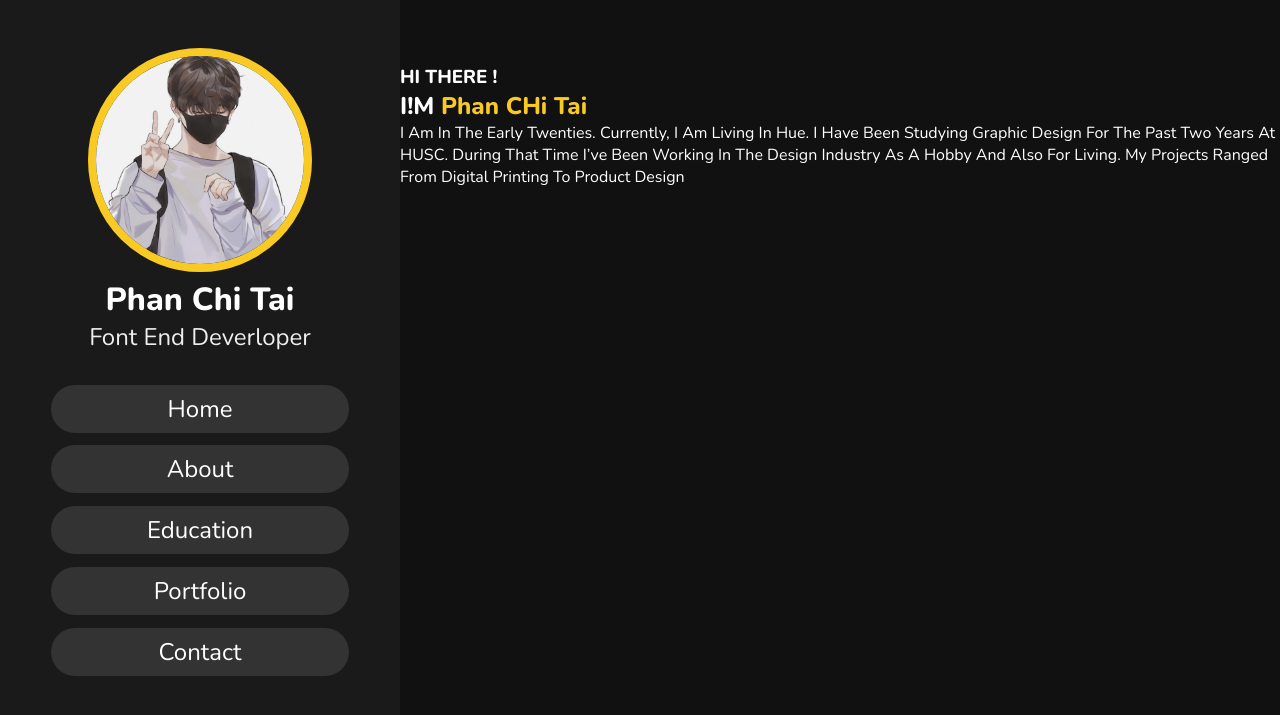
Repository: PCTai/My-profile
Page: index.html
These files come from the project's save history. The page is drawn as it stood at one moment and after the next save; the edit follows.
The browser window is 1280 px wide. The pictures show the whole page.

Above is the page before, as saved 2021-11-25 20:02:34.

### index.html
<!DOCTYPE html>
<html lang="en">
<head>
    <meta charset="UTF-8">
    <meta http-equiv="X-UA-Compatible" content="IE=edge">
    <meta name="viewport" content="width=device-width, initial-scale=1.0">
    <link rel="preconnect" href="https://fonts.googleapis.com">
    <link rel="preconnect" href="https://fonts.gstatic.com" crossorigin>
    <link href="https://fonts.googleapis.com/css2?family=Nunito:ital,wght@0,400;0,600;0,800;1,200;1,300&display=swap" rel="stylesheet">
    <link rel="stylesheet" href="/assets/font/fontawesome-free-5.15.3-web/css/all.css">

    <link rel="stylesheet" href="/assets/css/style.css">
    <link rel="stylesheet" href="/assets/css/reponsive.css">
    <title>Document</title>
</head>
<body>
    <!-- Header start -->
    <header>
        <div class="user">
            <img src="/assets/imgs/user.jpg" alt="">
            <h3 class="name">Phan Chi Tai</h3>
            <div class="post">Font End Deverloper</div>
        </div>
        <div class="navbar">
            <ul>
                <li><a href="#home">home</a></li>
                <li><a href="#about">About</a></li>
                <li><a href="#education">Education</a></li>
                <li><a href="#portfolio">Portfolio</a></li>
                <li><a href="#contact">Contact</a></li>
            </ul>
        </div>
    </header>
    <!-- Header end -->
    <div id="menu"class="fas fa-bars">
    </div>
    <!-- start home -->
    <section>
        <div id="home" class="home">
            <h3>HI THERE !</h3>
            <h1>I!M <span>Phan CHi Tai</span></h1>
            <p>I am in the early twenties. Currently, I am living in Hue. I have been studying graphic design for the past two years at  HUSC. During that time I’ve been working in the design industry as a hobby and also for living. My projects ranged from digital printing to product design</p>
        </div>
    </section>
    <!-- end home -->
    <!-- start education -->
    <script src="/app.js"></script>
</body>
</html>

### assets/css/style.css
:root{
    --yellow: #f9ca24;
}
*{
    font-family: 'Nunito', sans-serif;
    margin: 0;padding: 0;
    box-sizing: border-box;
    text-decoration: none;
    outline: none;border: none;
    text-transform: capitalize;
    transition: all .2s linear;
}
html{
    font-size: 62,5%;
    overflow: hidden;
}
::selection{
    background-color: var(--yellow);
    color: #333;

}
html::-webkit-scrollbar{
    width: 1.4rem;
}
html::-webkit-scrollbar-track{
    background: #222;
}
html::-webkit-scrollbar-thumb{
    background: var(--yellow);
}
body{
    background: #111;
}
header{
    position: fixed;
    top: 0;
    left: 0;
    z-index: 1000;
    height: 100%;
    display: flex;
    flex-direction: column;
    justify-content: center;
    align-items: center;
    width: 25rem;
    background-color: #1a1a1a;
}

.user img{
    margin-top: 2rem;
    height: 14rem;
    width: 14rem;
    border-radius: 50%;
    object-fit: cover;
    border: 0.5rem solid var(--yellow);

}
header .user .name{
    text-align: center;
    font-size: 2rem;
    color: #fff;
}
header .user .post{
    text-align: center;
    font-size: 1.5rem;
    color: #eee;
}
header .navbar ul{
    margin-top: 1rem;
    list-style: none;
    padding: 1rem 3rem;
}
header .navbar ul li a:hover{
    background-color: var(--yellow);
}
header .navbar ul li a{
    display: block;
    padding: 0.5rem 6rem;
   margin-bottom: 0.8rem;
   background-color: #333;
   color: #fff;
   font-size: 1.5rem;
   border-radius: 5rem;
   text-align: center;
   cursor: pointer;
}
#menu:hover{
    color: var(--yellow);
}


#menu{
    position: fixed;
    z-index: 1000;
    top: 1rem;
    right: 1rem;
    color: #fff;
    padding: 1rem;
    background-color: #222;
    font-size: 2rem;
    cursor: pointer;
}

section{
    margin-left: 25rem;
    color: #fff;
    padding: 4rem 0;
}
section .home span{
    color: var(--yellow);
    justify-content: center;
    text-align: center;

}

### assets/css/reponsive.css

@media (min-width:1024px){
    #menu{
        display: none;
    }
}
@media (max-width:1024px){
    header{
        left: -125%;
    }

}
@media (max-width:486px){
    header{
        width: 100vw;
    }

}

### app.js

var menu=document.getElementById('menu');
var header=document.querySelector('header');
menu.onclick=function(e){
    if(this.className=='fas fa-bars'){
        this.classList.remove('fa-bars');
        this.classList.add('fa-times');
        header.style='left:0%';
    }
    else{
        this.classList.remove('fa-times');
        this.classList.add('fa-bars');
        header.style='left:-125%';
    }
};

Loaded but not shown: assets/font/fontawesome-free-5.15.3-web/css/all.css (library)

After the next save:
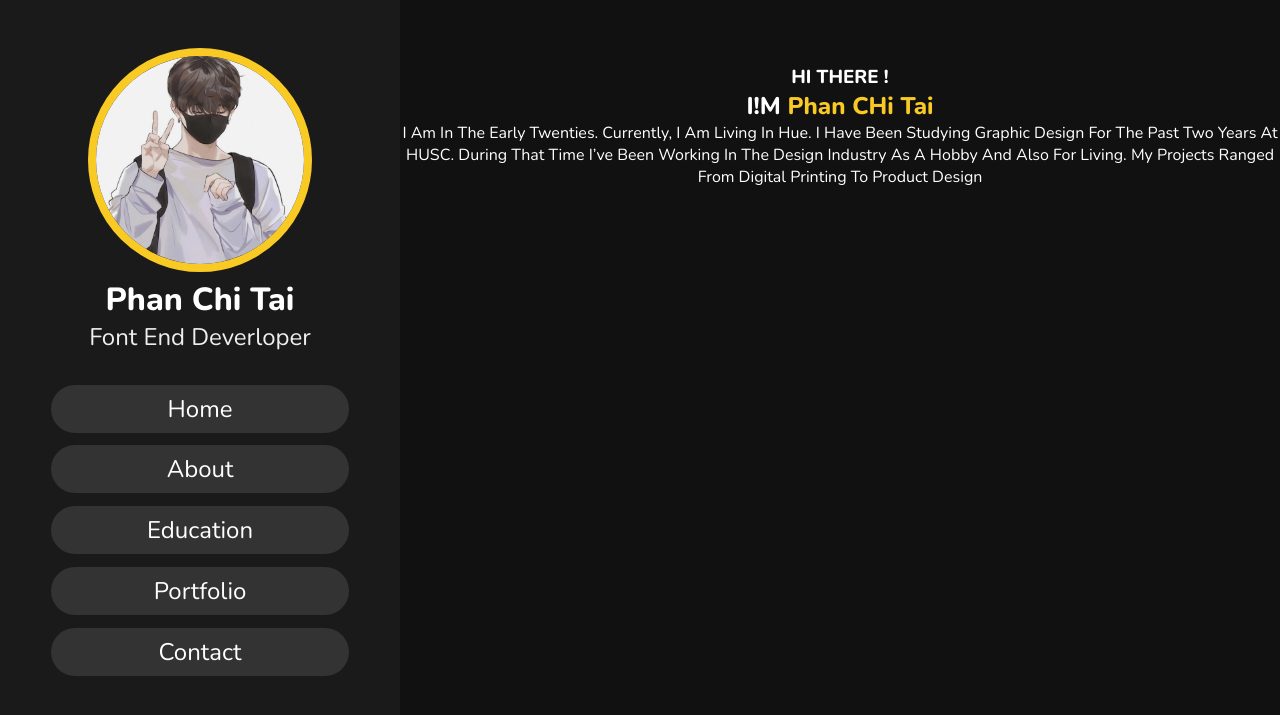
Saved 17 s later.
--- a/assets/css/style.css
+++ b/assets/css/style.css
@@ -104,10 +104,11 @@
     margin-left: 25rem;
     color: #fff;
     padding: 4rem 0;
+    justify-content: center;
+    text-align: center;
 }
 section .home span{
     color: var(--yellow);
-    justify-content: center;
-    text-align: center;
+
 
 }

After the save that followed:
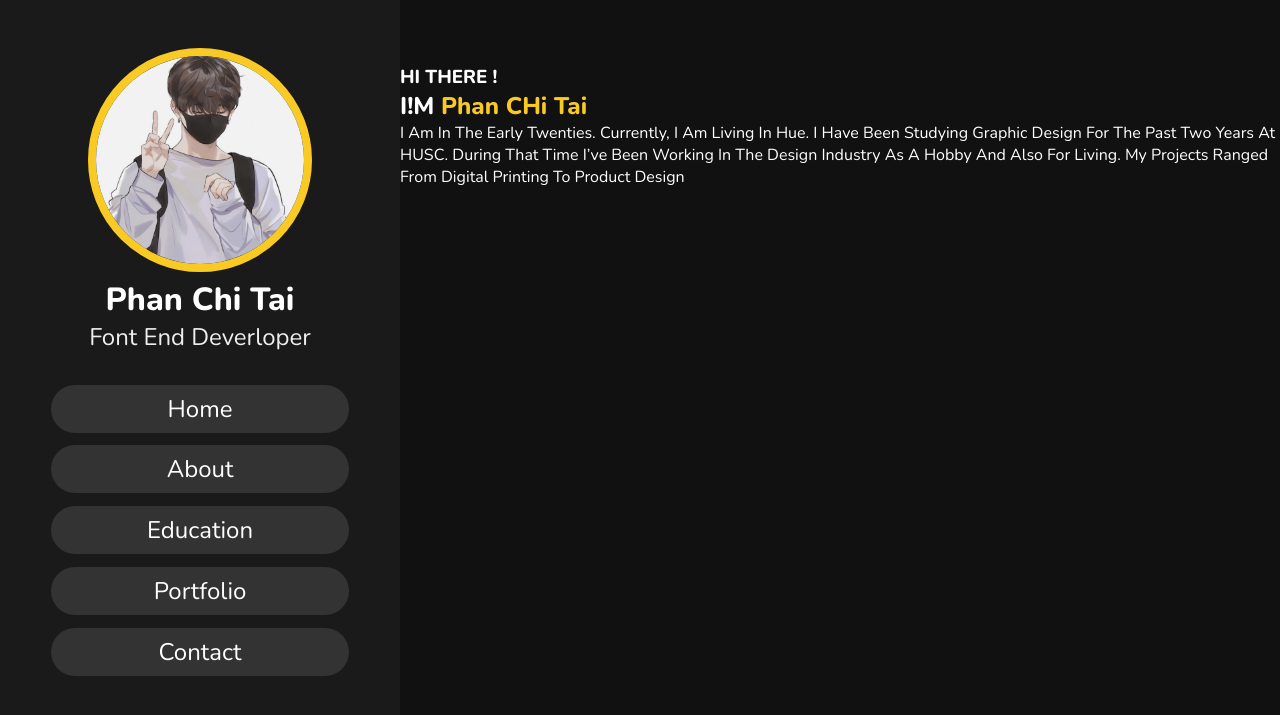
Saved 27 s later.
--- a/assets/css/style.css
+++ b/assets/css/style.css
@@ -104,11 +104,11 @@
     margin-left: 25rem;
     color: #fff;
     padding: 4rem 0;
-    justify-content: center;
-    text-align: center;
+    display: flex;
 }
 section .home span{
     color: var(--yellow);
-
+    justify-content: center;
+    text-align: center;
 
 }
